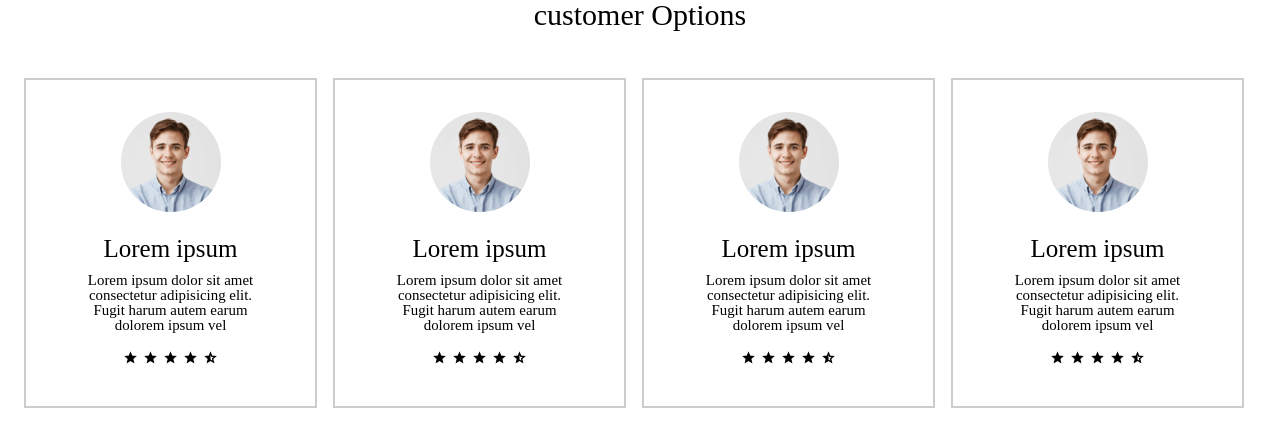
Repository: dinhhaidh/slider-3
Page: index.html
An editor plug-in stored every save of this project. The page is shown before and after the next save, followed by the edit.
The browser window is 1280 px wide. The pictures show the whole page.

Above is the page before, as saved 2024-03-22 21:08:30.

After the next save:
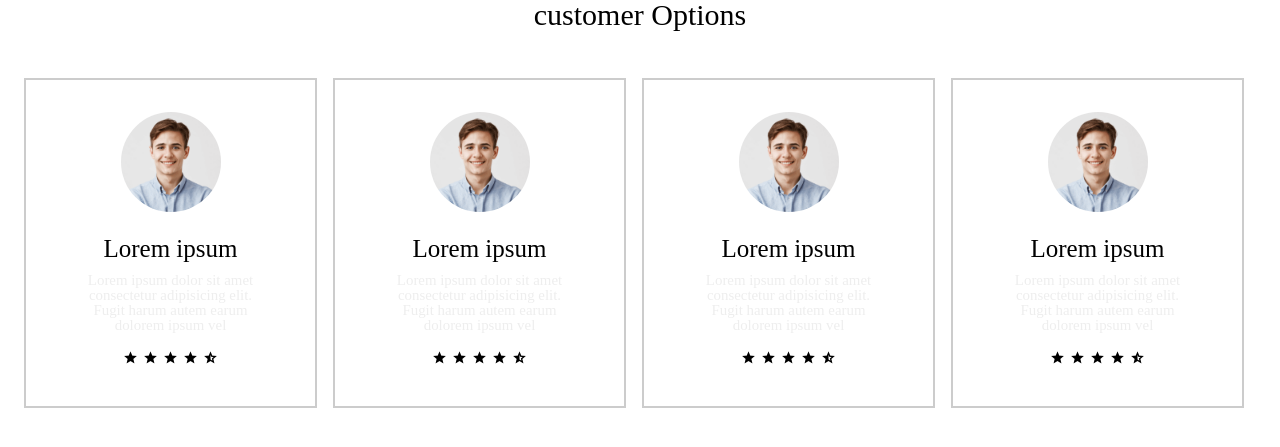
Saved 4 s later.
--- a/css/style.css
+++ b/css/style.css
@@ -67,7 +67,7 @@
     margin-bottom: 1rem;
     text-align: center;
     font-size: 0.93rem;
-    color: #
+    color: #eee;
 }
 .customer__star{
 

After the save that followed:
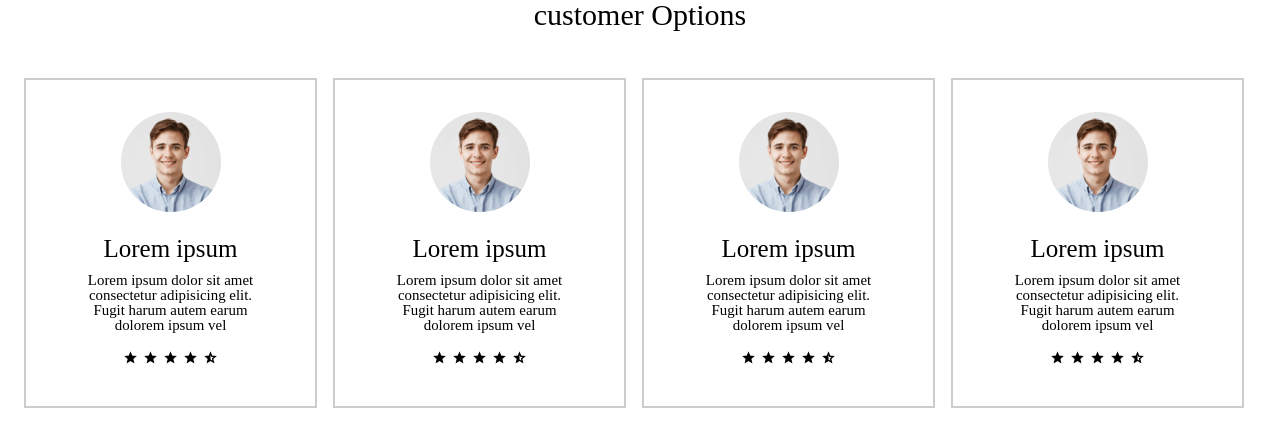
Saved 5 s later.
--- a/css/style.css
+++ b/css/style.css
@@ -67,7 +67,7 @@
     margin-bottom: 1rem;
     text-align: center;
     font-size: 0.93rem;
-    color: #eee;
+    color: #;
 }
 .customer__star{
 
